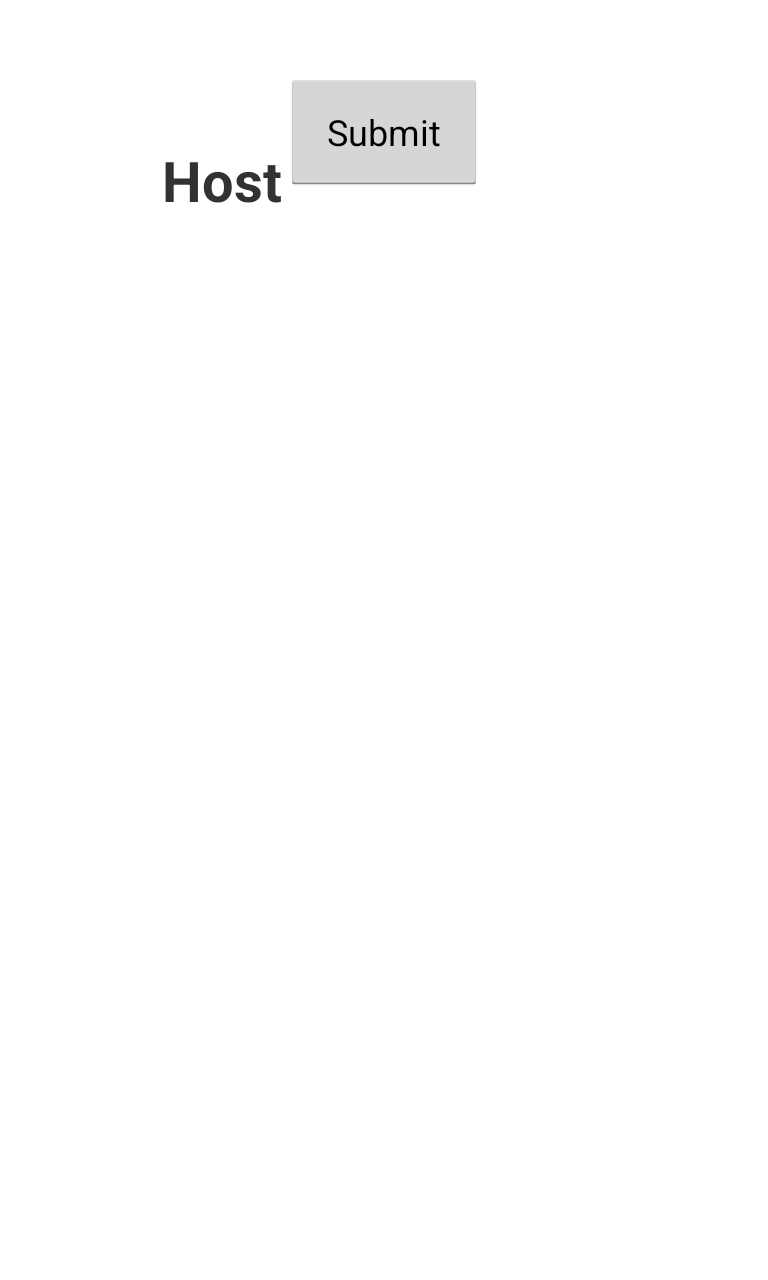
Repository: rwillmot/CS180-SafeWalk-Phase2
Layout: SafeWalkAndroidClient/res/layout/client_fragment_layout.xml
The author's editor kept a copy of each file at every save. The layout is drawn from the files as they stood at one save, then again after the next save.
It is drawn on a 768 x 1280 px phone screen (xhdpi) without system bars, with theme AppTheme; the app's code is not run.

Above is the layout before, as saved 2014-12-02 20:51:40.

### SafeWalkAndroidClient/res/layout/client_fragment_layout.xml
<RelativeLayout xmlns:android="http://schemas.android.com/apk/res/android"
    xmlns:tools="http://schemas.android.com/tools"
    android:layout_width="match_parent"
    android:layout_height="match_parent"
    android:paddingBottom="@dimen/activity_vertical_margin"
    android:paddingLeft="@dimen/activity_horizontal_margin"
    android:paddingRight="@dimen/activity_horizontal_margin"
    android:paddingTop="@dimen/activity_vertical_margin"
    tools:context="edu.purdue.rwillmo.MainActivity" >

    <!-- TODO your layout here -->
<TextView
        android:id="@+id/tv_host"
        android:layout_width="wrap_content"
        android:layout_height="wrap_content"
        android:padding="@dimen/padding"
        android:layout_marginLeft="@dimen/margin_left"
        android:layout_marginTop="@dimen/margin_top"
        android:text="@string/host"
        android:textSize="@dimen/title_size"
        android:textStyle="bold" />


    <Button
        android:id="@+id/bu_submit"
        android:layout_width="wrap_content"
        android:layout_height="wrap_content"
        android:layout_centerHorizontal="true"
        android:layout_marginTop="@dimen/margin_bigline"
        android:enabled="true"
        android:gravity="center"
        android:minHeight="60dp"
        android:minWidth="100dp"
        android:onClick="onSubmit"
        android:padding="@dimen/padding"
        android:text="@string/submit" />

</RelativeLayout>

### SafeWalkAndroidClient/res/values/styles.xml
<resources xmlns:android="http://schemas.android.com/apk/res/android">

    <!--
        Base application theme, dependent on API level. This theme is replaced
        by AppBaseTheme from res/values-vXX/styles.xml on newer devices.
    -->
    <style name="AppBaseTheme" parent="android:Theme.Light">
        <!--
            Theme customizations available in newer API levels can go in
            res/values-vXX/styles.xml, while customizations related to
            backward-compatibility can go here.
        -->
    </style>

    <!-- Application theme. -->
    <style name="AppTheme" parent="AppBaseTheme">

        <!-- All customizations that are NOT specific to a particular API-level can go here. -->
    </style>

    <style name="TitleBarText">
        <item name="android:layout_width">0dp</item>
        <item name="android:layout_height">fill_parent</item>
        <item name="android:layout_weight">1</item>
        <item name="android:gravity">center_vertical</item>
        <item name="android:textSize"> 17sp </item>
        <item name="android:paddingLeft">12dip</item>
        <item name="android:paddingRight">12dip</item>
        <item name="android:textColor">@color/white</item>
        <item name="android:singleLine">true</item>
        <item name="android:ellipsize">end</item>
    </style>

    <style name="ActionBarButton">
        <item name="android:layout_width">wrap_content</item>
        <item name="android:layout_height">wrap_content</item>
        <item name="android:background">@color/menu_button</item>
        <item name="android:textColor">@color/white</item>
        <item name="android:ellipsize">end</item>
        <item name="android:singleLine">true</item>
        <item name="android:textSize">@dimen/text_size_small</item>
    </style>

    <style name="MyActionBar" parent="@android:style/Widget.Holo.Light.ActionBar">
        <item name="android:background">@color/action_bar</item>
    </style>

</resources>

### SafeWalkAndroidClient/res/values/dimens.xml
<resources>

    <!-- Default screen margins, per the Android Design guidelines. -->
    <dimen name="activity_horizontal_margin">16dp</dimen>
    <dimen name="activity_vertical_margin">16dp</dimen>
    <dimen name="padding">5dp</dimen>
    <dimen name="title_size">28sp</dimen>
    <dimen name="text_size_medium">24sp</dimen>
    <dimen name="text_size_small">20sp</dimen>
    <dimen name="margin_bigline">20dp</dimen>
    <dimen name="min_button_width">100dp</dimen>
    <dimen name="margin_top">50dp</dimen>
    <dimen name="margin_left">60dp</dimen>
    <dimen name="margin_right">60dp</dimen>

    <dimen name="margin_line">30dp</dimen>

</resources>

### SafeWalkAndroidClient/res/values/strings.xml
<?xml version="1.0" encoding="utf-8"?>
<resources>
    <string name="app_name">SafeWalk</string>
    <string name="server">Server</string>
    <string name="client">Client</string>
    <string name="submit">Submit</string>
    <string name="match">Match</string>
    <string name="start_over">Start Over</string>
    <string name="default_host">10.0.2.2</string>
    <string name="default_port">8888</string>
    <string name="default_command">:FAKE_COMMAND</string>
    <string name="host">Host</string>
    <string name="port">Port</string>
</resources>

### SafeWalkAndroidClient/res/values/colors.xml
<resources>

    <!-- Default screen margins, per the Android Design guidelines. -->
    <color name="white">#FFFFFFFF</color>
    <color name="light_grey">#FFD8D9DF</color>
    <color name="dark_grey">#FF595C6E</color>
    <color name="salmon">#FFFFA239</color>
    <color name="submit">#FFAD5700</color>
    <color name="action_bar">#991B1969</color>
    <color name="menu_button">#FF545385</color>
</resources>

Loaded but not shown: SafeWalkAndroidClient/res/values-v11/styles.xml (common file); SafeWalkAndroidClient/res/values-v14/styles.xml (common file); SafeWalkAndroidClient/res/values-w820dp/dimens.xml (common file)

After the next save:
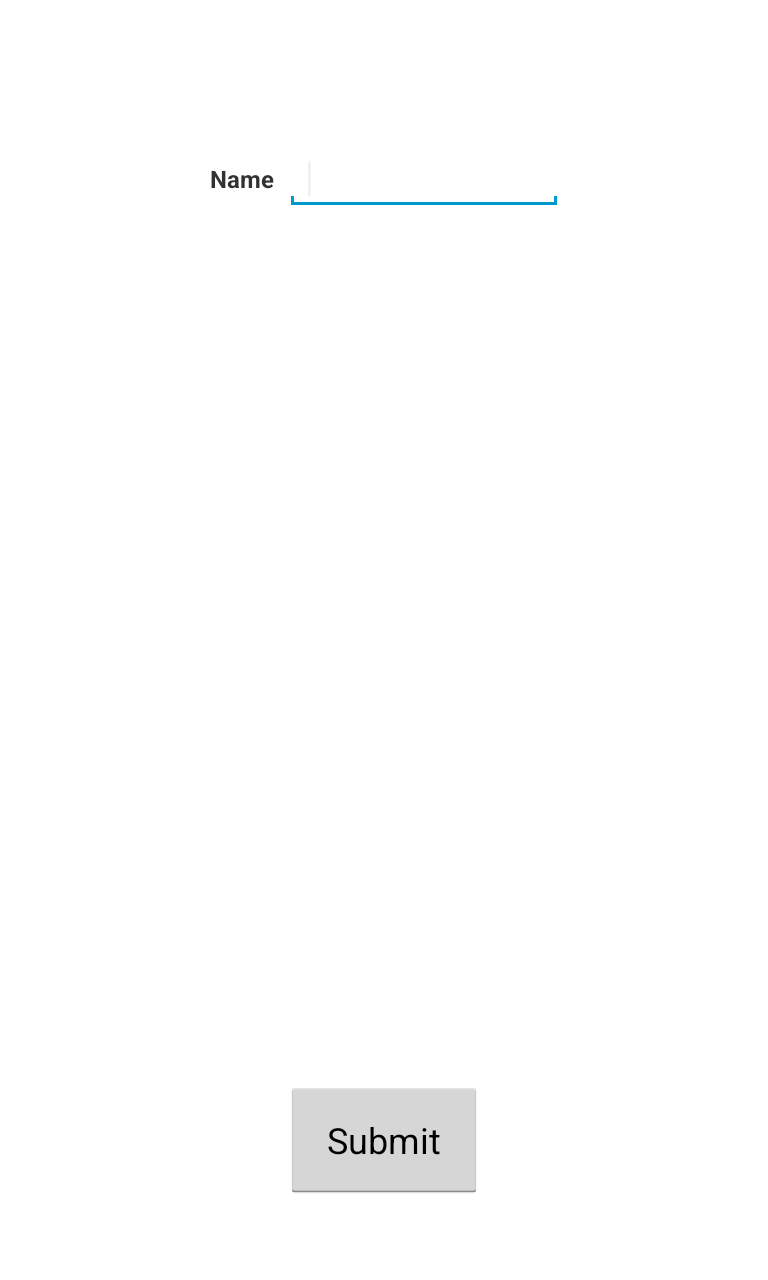
Saved 13 min 21 s later.
--- a/SafeWalkAndroidClient/res/layout/client_fragment_layout.xml
+++ b/SafeWalkAndroidClient/res/layout/client_fragment_layout.xml
@@ -9,24 +9,14 @@
     tools:context="edu.purdue.rwillmo.MainActivity" >
 
     <!-- TODO your layout here -->
-<TextView
-        android:id="@+id/tv_host"
-        android:layout_width="wrap_content"
-        android:layout_height="wrap_content"
-        android:padding="@dimen/padding"
-        android:layout_marginLeft="@dimen/margin_left"
-        android:layout_marginTop="@dimen/margin_top"
-        android:text="@string/host"
-        android:textSize="@dimen/title_size"
-        android:textStyle="bold" />
-
 
     <Button
         android:id="@+id/bu_submit"
         android:layout_width="wrap_content"
         android:layout_height="wrap_content"
+        android:layout_alignParentBottom="true"
         android:layout_centerHorizontal="true"
-        android:layout_marginTop="@dimen/margin_bigline"
+        android:layout_marginBottom="24dp"
         android:enabled="true"
         android:gravity="center"
         android:minHeight="60dp"
@@ -35,4 +25,31 @@
         android:padding="@dimen/padding"
         android:text="@string/submit" />
 
+    <TextView
+        android:id="@+id/5"
+        android:layout_width="wrap_content"
+        android:layout_height="wrap_content"
+        android:layout_alignParentTop="true"
+        android:layout_marginTop="60dp"
+        android:layout_toLeftOf="@+id/bu_submit"
+        android:padding="@dimen/padding"
+        android:text="Name"
+        android:textSize="12"
+        android:textStyle="bold" />
+
+    <EditText
+        android:id="@+id/"
+        android:layout_width="wrap_content"
+        android:layout_height="wrap_content"
+        android:layout_alignBaseline="@+id/5"
+        android:layout_alignBottom="@+id/5"
+        android:layout_toRightOf="@+id/5"
+        android:ems="10"
+        android:inputType="number"
+        android:text=""
+        android:textSize="12" >
+
+        <requestFocus />
+    </EditText>
+
 </RelativeLayout>
